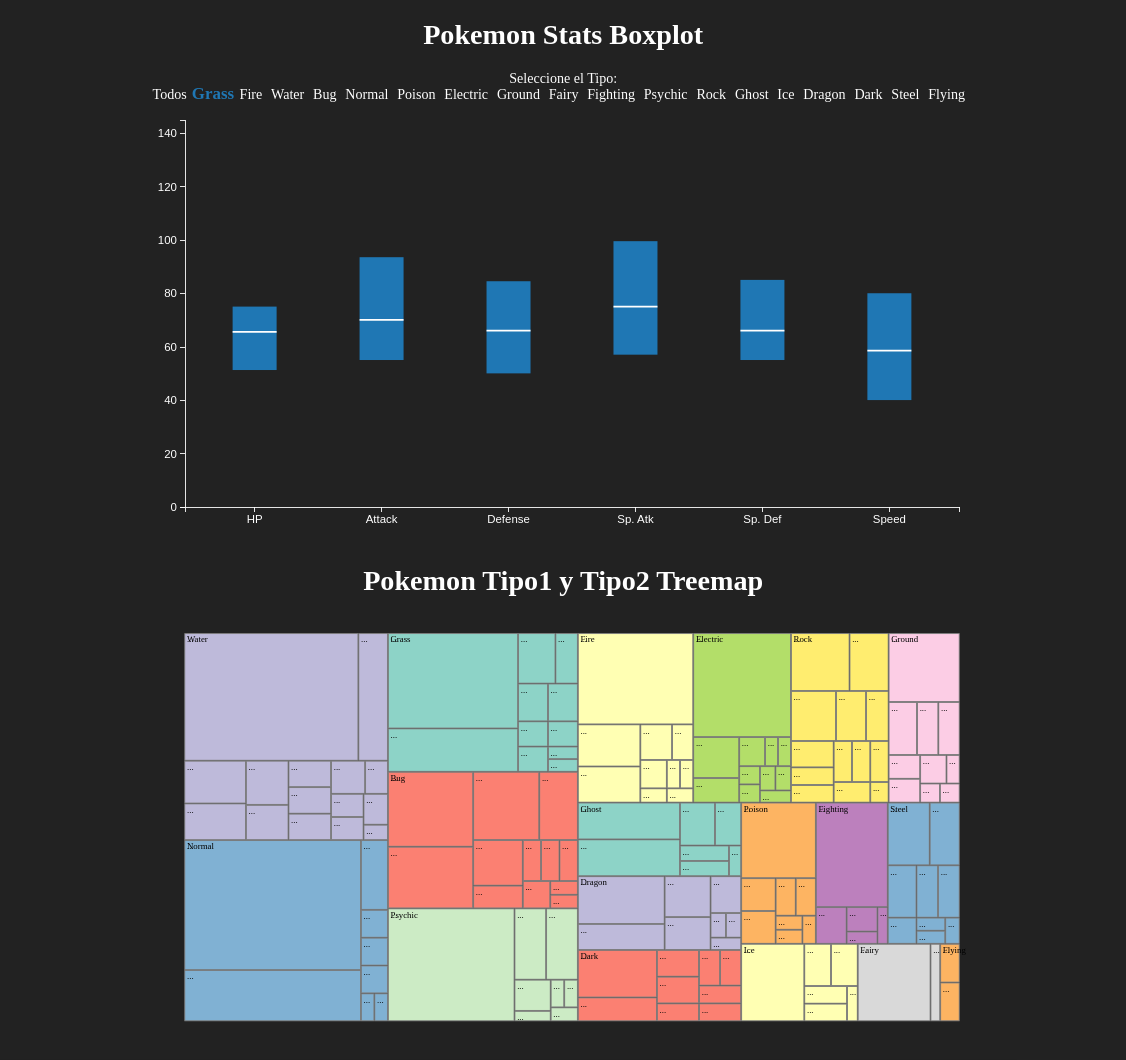
Repository: Cartterr/Proyecto-VisInfo
Page: Propuesta1_Tipos_Cajas.html
An editor plug-in stored every save of this project. The page is shown before and after the next save, followed by the edit.
The browser window is 1280 px wide. The pictures show the whole page, at 88% of full size.

Above is the page before, as saved 2023-06-28 04:06:42.

After the next save:
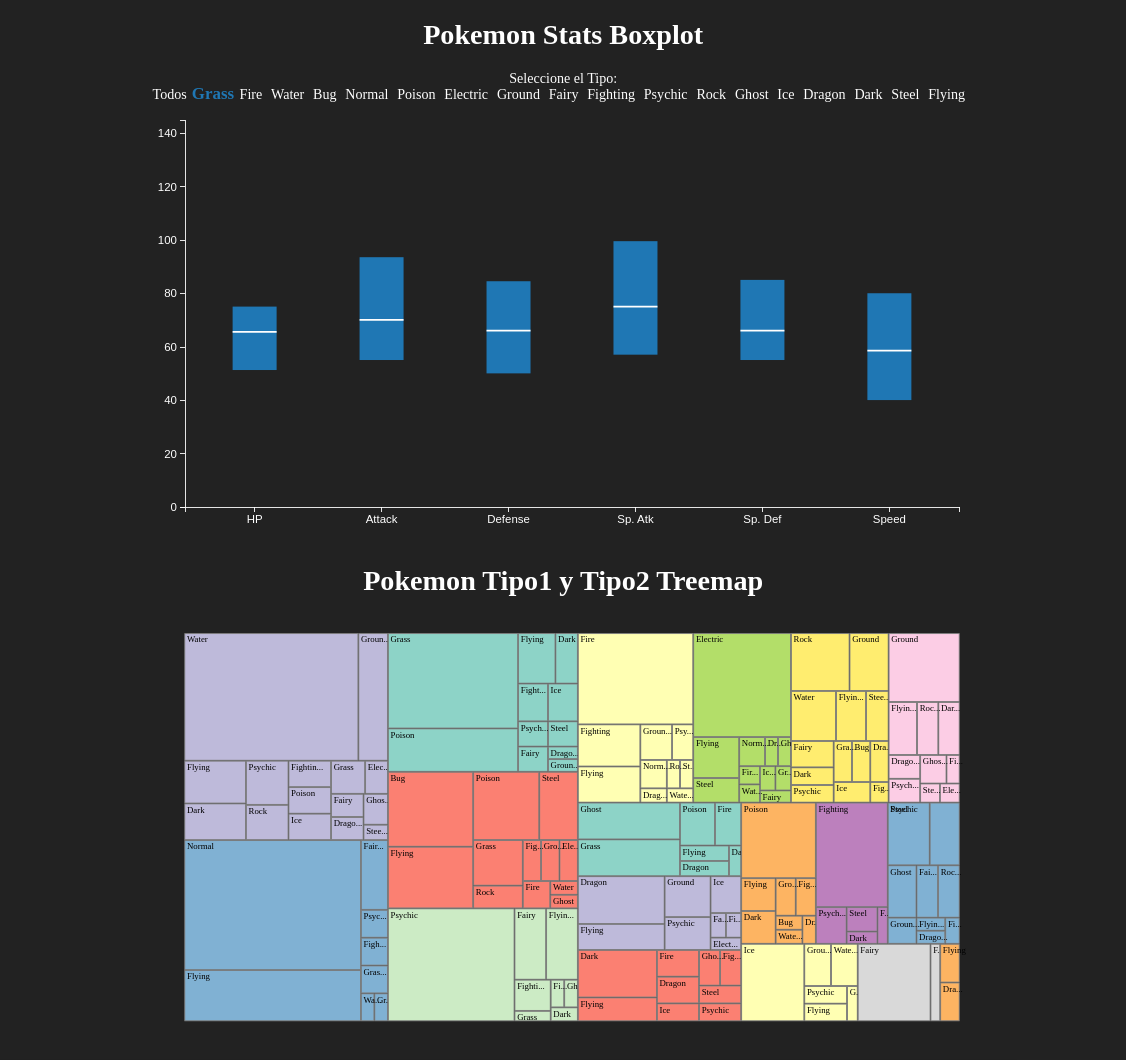
Saved 48 s later.
--- a/Propuesta1_Tipos_Cajas.js
+++ b/Propuesta1_Tipos_Cajas.js
@@ -206,16 +206,23 @@
 
     // Add labels for Type 2 and Type 1
     groups.selectAll("text.type2")
-        .data(d => d.leaves())
-        .enter()
-        .append("text")
-        .attr("class", "type2")
-        .attr("x", d => d.x0 + 2.5)
-        .attr("y", d => d.y0 + 10)
-        .text(d => d.data.name.length * 6 < (d.x1 - d.x0) ? d.data.name : `${d.data.name.slice(0, (d.x1 - d.x0) / 6)}...`) // Truncate text if it doesn't fit
-        .text(d => d.data.length < (d.y1 - d.y0) ? `aa...` : `...`) // Truncate text if it doesn't fit
-        .append("title")  // Tooltip to show full name on hover
-        .text(d => d.data.name);
+    .data(d => d.leaves())
+    .enter()
+    .append("text")
+    .attr("class", "type2")
+    .attr("x", d => d.x0 + 2.5)
+    .attr("y", d => d.y0 + 10)
+    .text(d => {
+        const textWidth = (d.x1 - d.x0);
+        const nameLength = d.data.name.length;
+        const maxTextWidth = textWidth / 6;
+        const truncatedText = `${d.data.name.slice(0, maxTextWidth)}...`;
+
+        return nameLength * 6 < textWidth ? d.data.name : truncatedText;
+    }) // Truncate text if it doesn't fit
+    .append("title")  // Tooltip to show full name on hover
+    .text(d => d.data.name);
+
 
     groups.append("text")
         .attr("class", "type1")

After the save that followed:
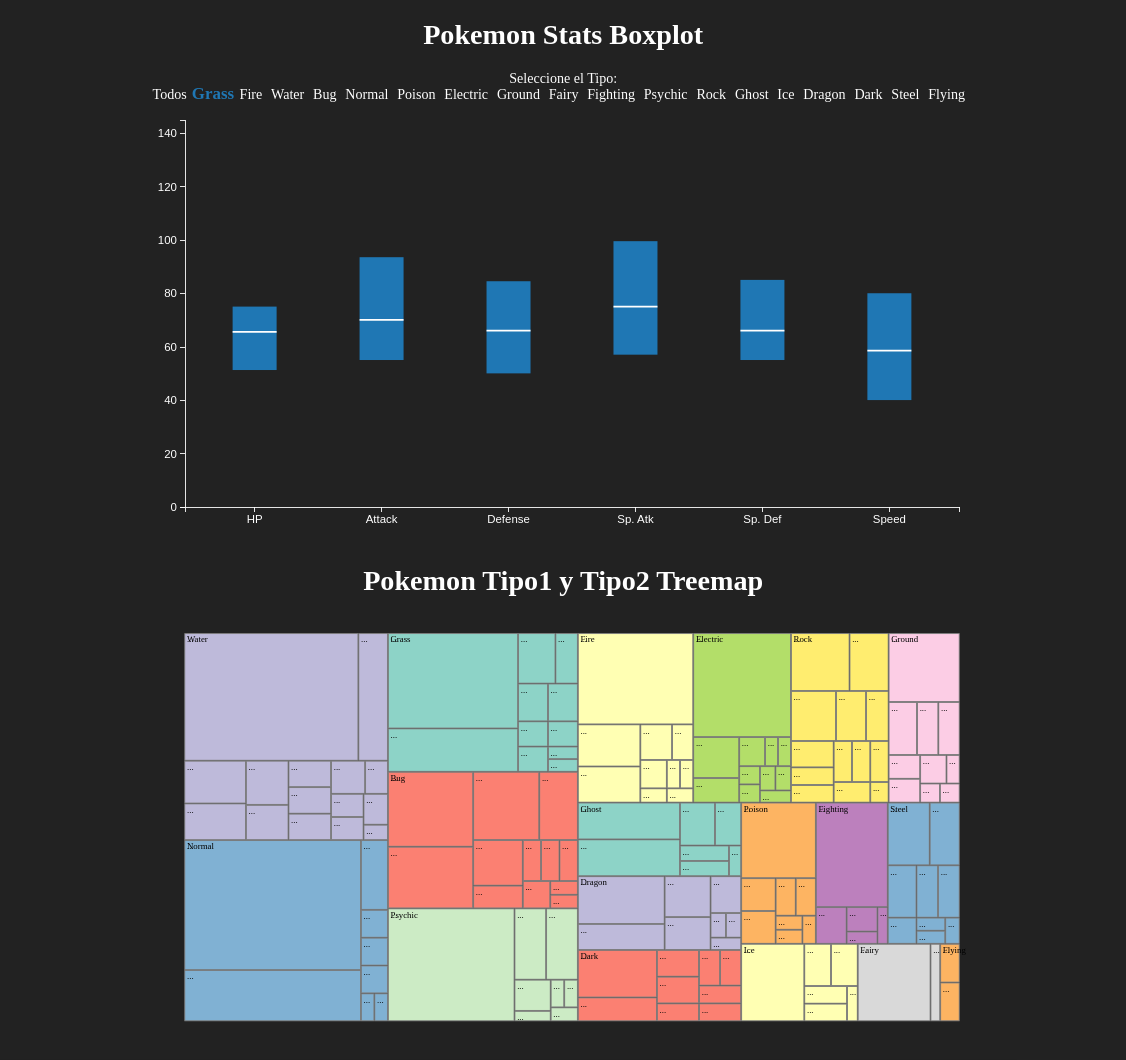
Saved 14 s later.
--- a/Propuesta1_Tipos_Cajas.js
+++ b/Propuesta1_Tipos_Cajas.js
@@ -206,23 +206,16 @@
 
     // Add labels for Type 2 and Type 1
     groups.selectAll("text.type2")
-    .data(d => d.leaves())
-    .enter()
-    .append("text")
-    .attr("class", "type2")
-    .attr("x", d => d.x0 + 2.5)
-    .attr("y", d => d.y0 + 10)
-    .text(d => {
-        const textWidth = (d.x1 - d.x0);
-        const nameLength = d.data.name.length;
-        const maxTextWidth = textWidth / 6;
-        const truncatedText = `${d.data.name.slice(0, maxTextWidth)}...`;
-
-        return nameLength * 6 < textWidth ? d.data.name : truncatedText;
-    }) // Truncate text if it doesn't fit
-    .append("title")  // Tooltip to show full name on hover
-    .text(d => d.data.name);
-
+        .data(d => d.leaves())
+        .enter()
+        .append("text")
+        .attr("class", "type2")
+        .attr("x", d => d.x0 + 2.5)
+        .attr("y", d => d.y0 + 10)
+        .text(d => d.data.name.length * 6 < (d.x1 - d.x0) ? d.data.name : `${d.data.name.slice(0, (d.x1 - d.x0) / 6)}...`) // Truncate text if it doesn't fit
+        .text(d => d.data.length < (d.y1 - d.y0) ? `aa...` : `...`) // Truncate text if it doesn't fit
+        .append("title")  // Tooltip to show full name on hover
+        .text(d => d.data.name);
 
     groups.append("text")
         .attr("class", "type1")
